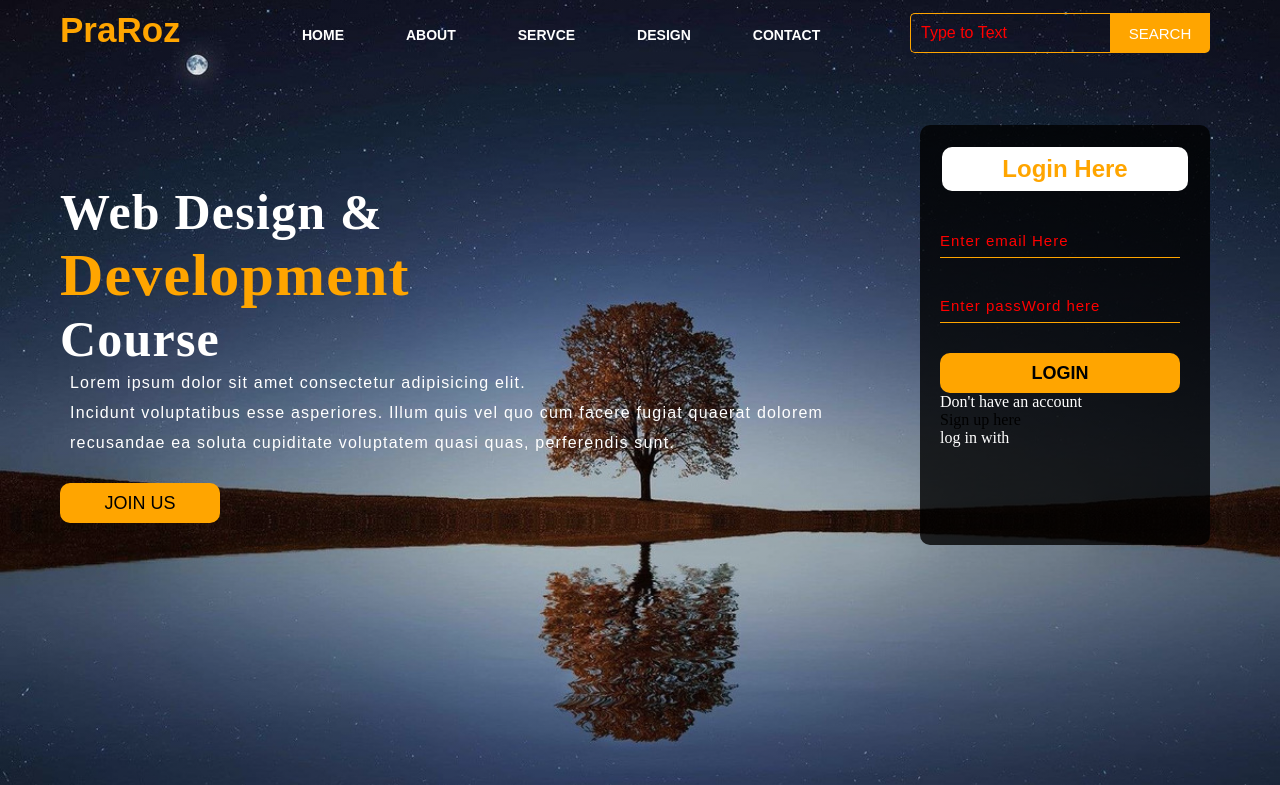
Repository: HuynhDuc23/project3
Page: index.html
These files come from the project's save history. The page is drawn as it stood at one moment and after the next save; the edit follows.
The browser window is 1280 px wide. The pictures show the whole page.

Above is the page before, as saved 2023-05-04 16:03:03.

### index.html
<html lang="en">
<head>
    <meta charset="UTF-8">
    <meta http-equiv="X-UA-Compatible" content="IE=edge">
    <meta name="viewport" content="width=device-width, initial-scale=1.0">
    <link rel="stylesheet" href="https://cdnjs.cloudflare.com/ajax/libs/font-awesome/6.4.0/css/all.min.css" integrity="sha512-iecdLmaskl7CVkqkXNQ/ZH/XLlvWZOJyj7Yy7tcenmpD1ypASozpmT/E0iPtmFIB46ZmdtAc9eNBvH0H/ZpiBw==" crossorigin="anonymous" referrerpolicy="no-referrer" />
    <link rel="stylesheet" href="style.css">
    <title>Document</title>
</head>
<body>
    <div class="main">
        <div class="navbar">
            <div class="icon">
                <h2 class="logo">PraRoz</h2>
            </div>
            <div class="menu">
                <ul>
                    <li><a href="#">HOME</a> </li>
                    <li><a href="#">ABOUT</a></li>
                    <li><a href="#">SERVCE</a></li>
                    <li><a href="#">DESIGN</a></li>
                    <li><a href="#">CONTACT</a></li>
                </ul>
            </div>
            <div class="search">
                <input type="search" class="srch" placeholder="Type to Text">
                <a href="#"><button class="btn">Search</button></a>
            </div>
        </div>
        <div class="content">
            <h1>Web Design & <br> <span>Development</span><br>Course</h1>
            <p class="para">Lorem ipsum dolor sit amet consectetur adipisicing elit. <br> Incidunt voluptatibus esse asperiores. Illum quis vel quo cum facere fugiat quaerat dolorem <br> recusandae ea soluta cupiditate voluptatem quasi quas, perferendis sunt.</p>


            <button class="cn" ><a  href="#">JOIN US</a></button>
            <div class="form">
                <h2>Login Here</h2>
                <input type="email" name="email" placeholder="Enter email Here">
                <input type="password" name="password" placeholder="Enter passWord here">
                <button class="btnn"><a href="#">Login</a></button>

                <p class="link">Don't have an account  <br>
                <a href="#">Sign up here</a>
            </p>
                <p class="liw">log in with</p>
            </div>
        </div>
    </div>
</body>
</html>

### style.css
* {
    margin: 0;
    padding: 0;
}
.main {
    width: 100%;
    background-image: linear-gradient(to right bottom , rgba(176, 55, 55, 0),rgba(0, 0, 0, 0.286)),url("img/Project3.png");
    background-position: center;
    background-size: cover;
    background-repeat: no-repeat;
    height: 109vh;
}
.navbar
{
    width: 1200px;
    height: 75px;
    margin: auto;
    /* overflow: hidden; */
}
.icon {
    width: 200px;
    float: left;
    height: 70px;

}
.logo {
    color: orange;
    font-size: 35px;
    font-family: Arial, Helvetica, sans-serif;
    padding-left: 20px;
    float: left;
    padding-top: 10px;
}
.menu {
    width: 400px;
    height: 70px;
    float: left;
}
ul {
    float: left;
    display: flex;
    justify-content: center;
    align-items: center;
}
ul li {
    list-style: none;
     margin-left: 62px;
     margin-top: 27px;
     font-size: 14px;
}
ul li a {
    text-decoration: none;
    color: white;
    text-transform: uppercase;
    font-family: Arial, Helvetica, sans-serif;
    transition: 0.5s ease-in-out;
    font-weight: bold;

}
ul li a:hover {
    color: orange;
}
.search {
    width: 330px;
    margin-left: 270px;
    float: left;
}
.srch {
    font-family: 'Times New Roman', Times, serif;
    width: 200px;
    height: 40px;
    background: transparent;
    border: 1px solid orange;
    margin-top: 13px;
    color: white;
    border-right: none;
    font-size: 16px;
    padding: 10px;
    float: left;
    border-bottom-left-radius: 5px;
    border-top-left-radius: 5px;
}
.btn {
    width: 100px;
    height: 40px;
    margin-top: 13px;
    color: white;
    background-color: orange;
    text-transform: uppercase;
    border: 2px solid orange;
    /* border-radius: 5px; */
    border-bottom-right-radius: 5px;

    font-size: 15px;
    float: left;
    cursor: pointer;

}
.btn:focus {
    outline: none;
}
.srch:focus {
    outline: none;
}
.content {
    width: 1200px;
    height: auto;
    margin: auto;
    color: white;
    position: relative;
}
.content .para {
    padding-left: 30px;
    padding-bottom: 25px;
    font-family: Arial, Helvetica, sans-serif;
    letter-spacing: 1.2px;
    line-height: 30px;
}
.content h1 {
    font-size: 50px;
    font-family: 'Times New Roman', Times, serif;
    padding-left: 20px;
    padding-top: 9%;
    letter-spacing: 1.2px;

}
.content .cn {

    width: 160px;
    height: 40px;
    background-color: orange;
    border: none;
    margin-bottom: 10px;
    margin-left: 20px;
    font-size: 18px;
    border-radius: 10px;
    transition: 0.5s ease;
    cursor: pointer;

}
.content a {
    text-decoration: none;
    color: black;
    transition: 0.4s ease;
}
.cn:hover {
    background-color: white;
}
.content span {
    color: orange;
    font-size: 60px;
    font-weight: bold;
}
.form {
    width: 250px;
    height: 380px;
    background: linear-gradient(to top , rgba(0,0,0,0.8)50% ,rgba(0,0,0,0.8)50% );
    position: absolute;
    top: 50px ;
    left: 880px;
    border-radius: 10px;
    padding: 20px;

}
.form h2 {
    padding: 8px;
    font-family: sans-serif;
    text-align: center;
    color: orange;
    background-color: white;
    border-radius: 10px;
    margin: 2px;

}
.form input {
    width: 240px;
    height: 35px;
    background: transparent;
    border-bottom: 1px solid orange;
    border-right: none;
    border-top: none;
    border-left: none;
    color: white;
    font-size: 15px;
    letter-spacing: 1px;
    margin-top: 30px;
    font-family: sans-serif;
}
.form input:focus {
    outline: none;
}
::placeholder {
    color: red;
    font-family: Arial, Helvetica, sans-serif;
}
.form .btnn {
    width: 240px;
    height: 40px;
    color: white;
    font-size: 18px;
    border: none;
    background-color: orange;
    margin-top: 30px;
    border-radius: 10px;
    cursor: pointer;
    transition: 0.5 ease-in-out;
}
.form .btnn:hover {
   background-color: white;
   color: orange;
}
.form .btnn a {
    color: bold;
    text-decoration: none;
    font-size: 18px;
    font-weight: bold;
    text-transform: uppercase;
}

After the next save:
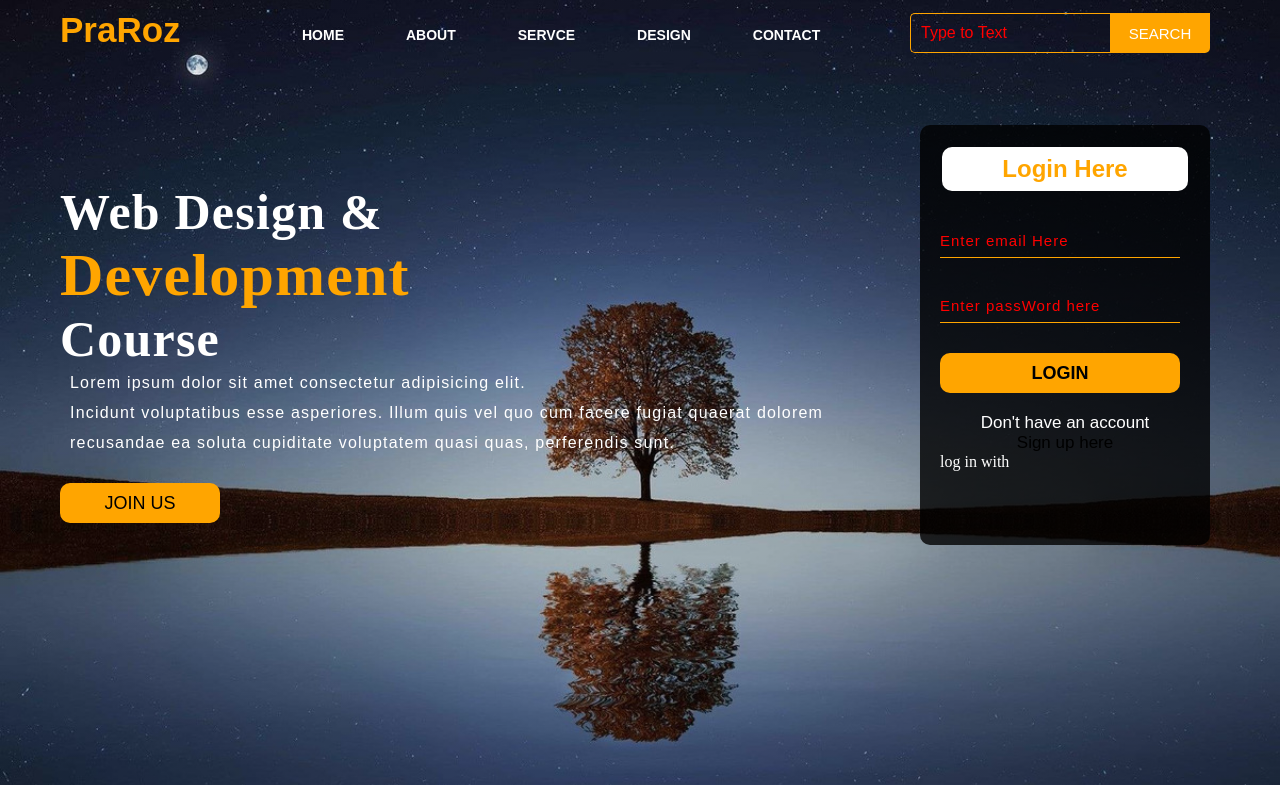
Saved 94 s later.
--- a/style.css
+++ b/style.css
@@ -216,3 +216,9 @@ ul li a:hover {
     font-weight: bold;
     text-transform: uppercase;
 }
+.form .link {
+    font-family: sans-serif;
+    padding-top: 20px;
+    text-align: center;
+    font-size: 17px;
+}
